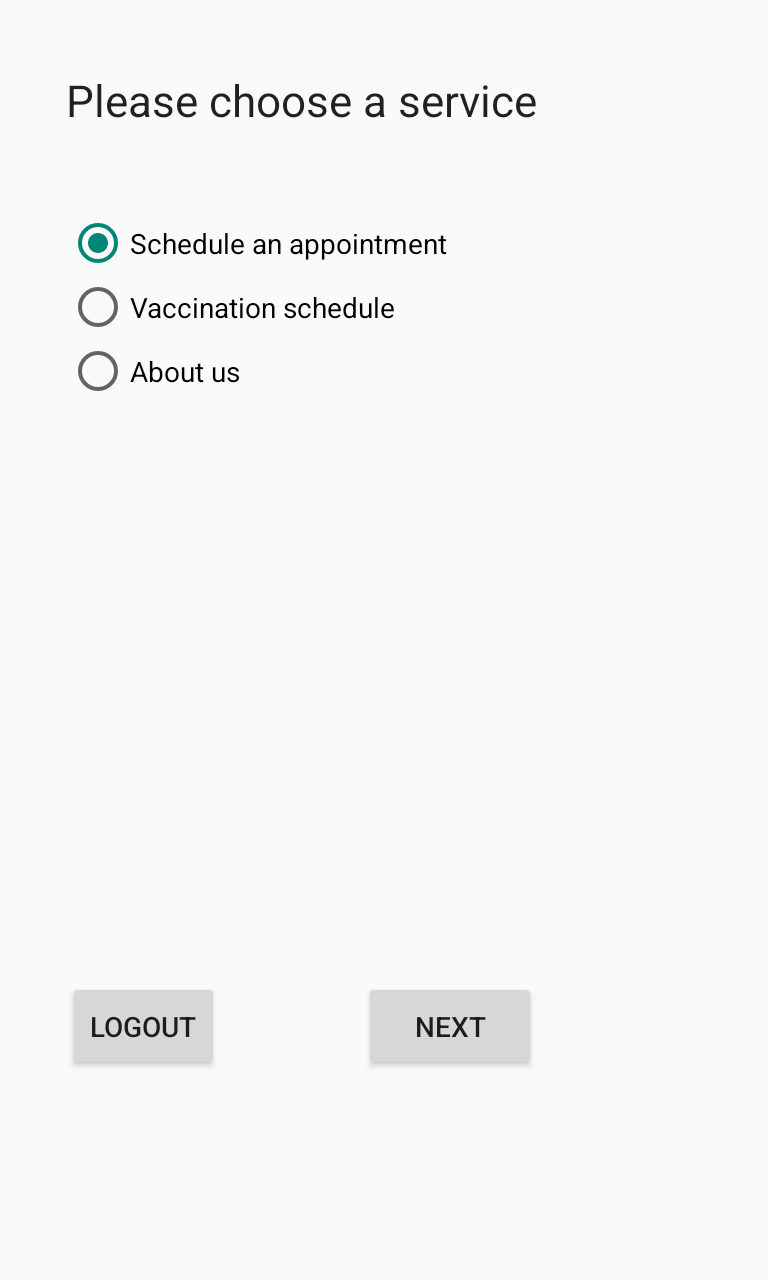
Repository: nave29/sem_1
Layout: VERSION_0.0/sem1_gica/res/layout/activity_list_services.xml
The author's editor kept a copy of each file at every save. The layout is drawn from the files as they stood at one save, then again after the next save.
It is drawn on a 768 x 1280 px phone screen (xhdpi) without system bars, with theme AppTheme; the app's code is not run.

Above is the layout before, as saved 2014-09-08 10:04:18.

After the next save:
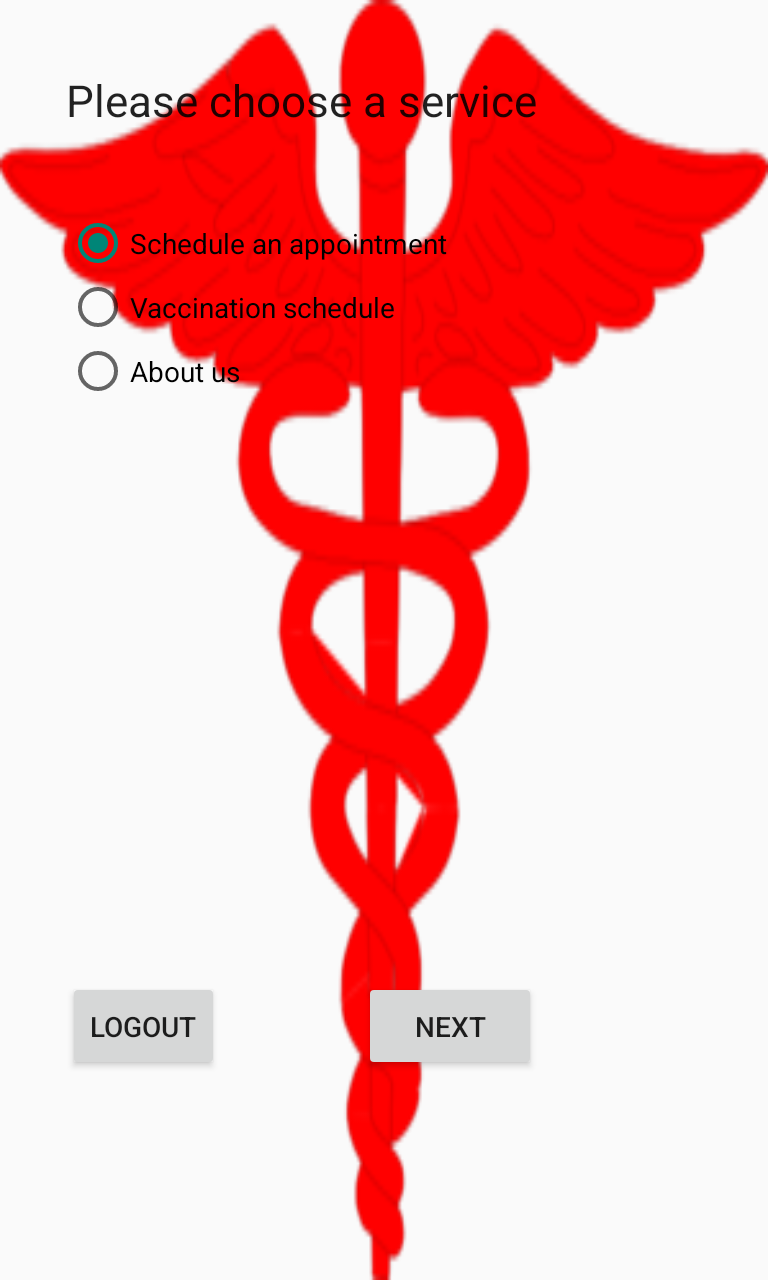
Saved 4 min 20 s later.
--- a/VERSION_0.0/sem1_gica/res/layout/activity_list_services.xml
+++ b/VERSION_0.0/sem1_gica/res/layout/activity_list_services.xml
@@ -6,7 +6,9 @@
     android:paddingLeft="@dimen/activity_horizontal_margin"
     android:paddingRight="@dimen/activity_horizontal_margin"
     android:paddingTop="@dimen/activity_vertical_margin"
+     android:background="@drawable/doc"
     tools:context="com.example.sem1_gica.ListServices" >
+
 
     <TextView
         android:id="@+id/textView1"
